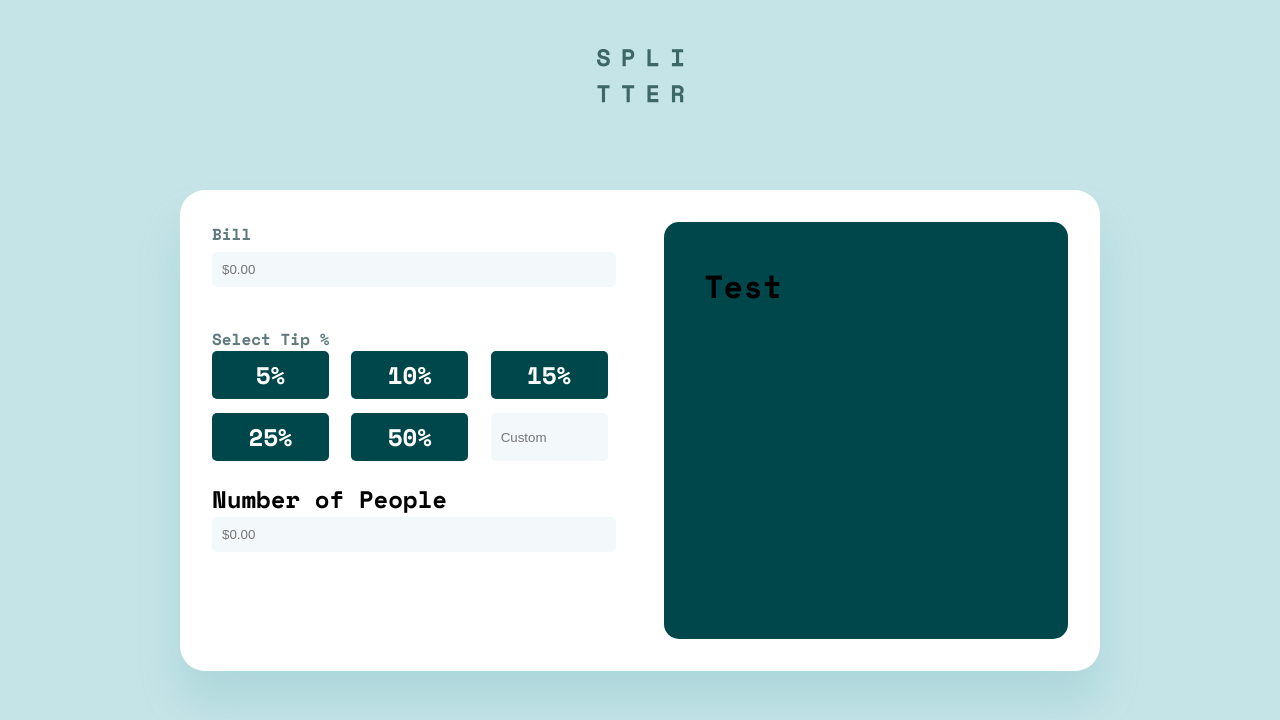
Repository: brandontaylor1/splitter
Page: index.html
An editor plug-in stored every save of this project. The page is shown before and after a run of saves, followed by the edit.
The browser window is 1280 px wide. The pictures show the whole page.

Above is the page before, as saved 2025-02-06 16:51:27.

After the next 4 saves:
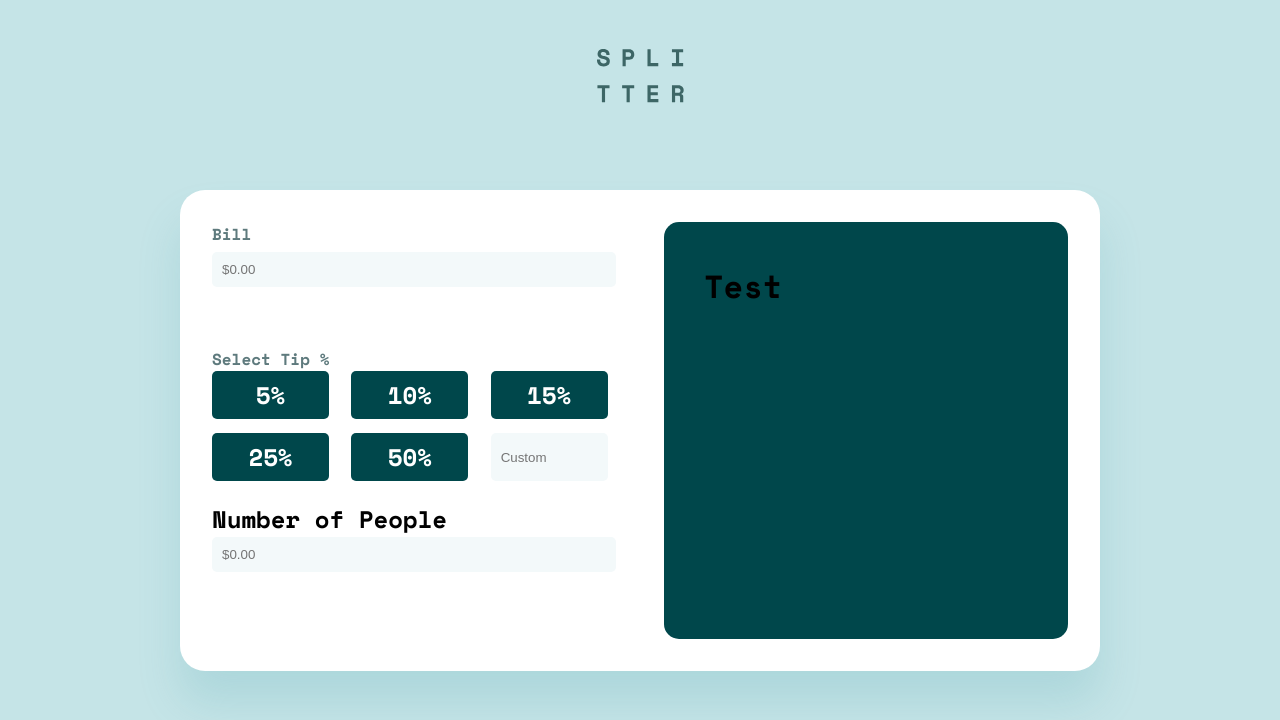
The 4 saves are shown as one change because they came seconds apart.
The last was saved 24 s later.
--- a/styles.css
+++ b/styles.css
@@ -70,7 +70,9 @@ body {
 }
 
 .left-column {
-    grid-column: 1 / 2;
+    display: flex;
+    flex-direction: column;
+
     width: 100%;
     height: 100%;
 }
